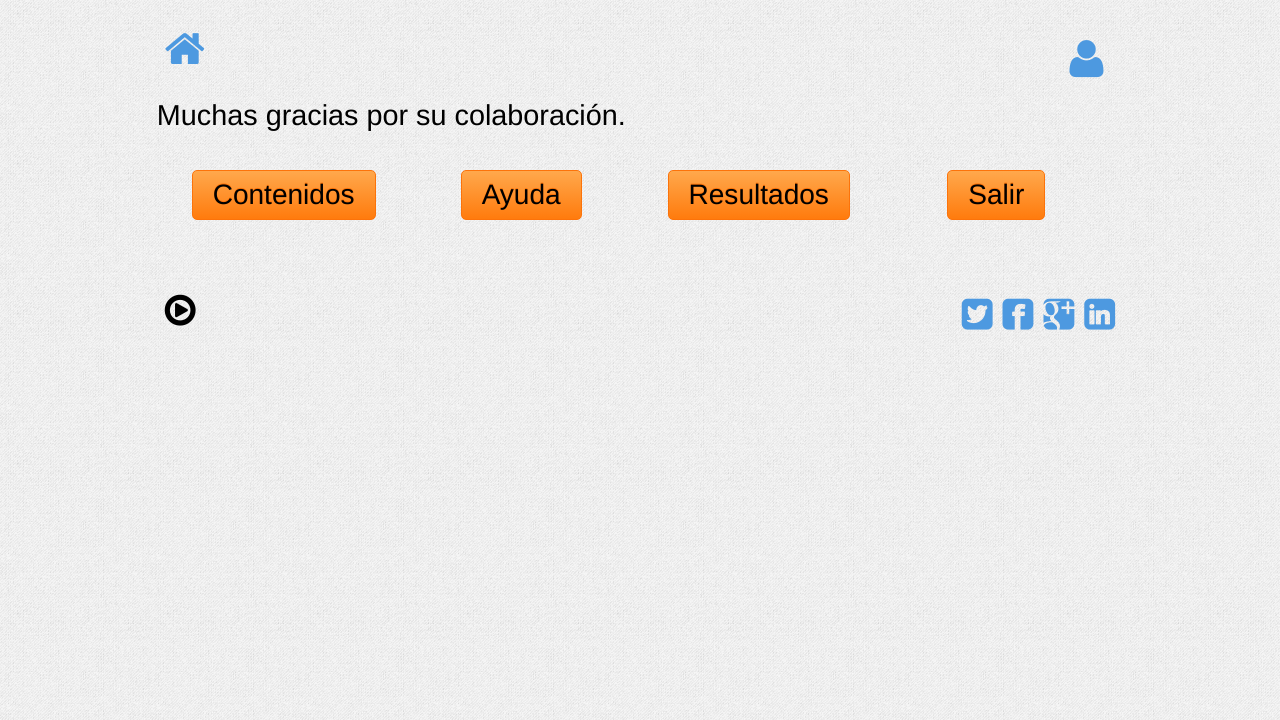
Repository: SCeruso/RememberMe
Page: enviosugerencia.html
The author's editor kept a record of every edit. The page is drawn from the files as they stood at one moment, then again after the next edit.
The browser window is 1280 px wide. The pictures show the whole page.
Some web libraries are served in a nearby version.

Above is the page before.

After the next edit:
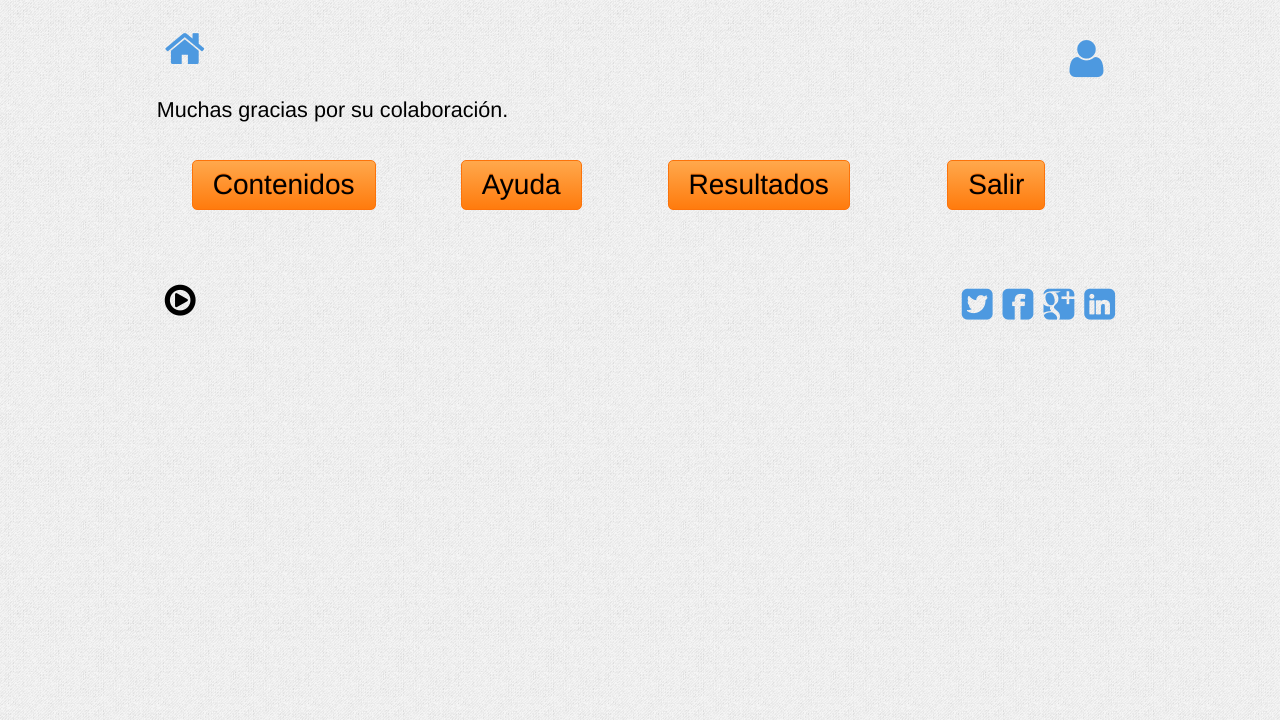
The edit:
--- a/enviosugerencia.html
+++ b/enviosugerencia.html
@@ -30,7 +30,7 @@
 
 	</div>
 
-	<h4>
+	<h5>
 			Muchas gracias por su colaboración.
 			<br />
 
